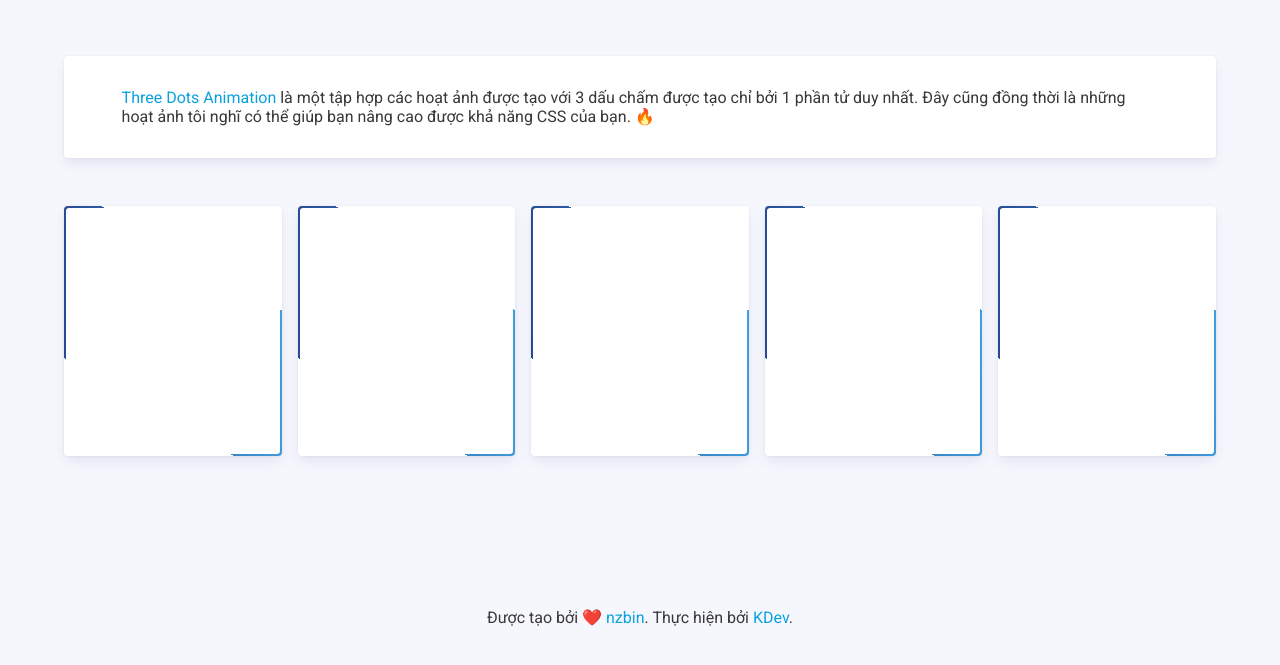
Repository: haokiet2501/lazy-loader-animation
Page: index.html
These files come from the project's save history. The page is drawn as it stood at one moment and after the next save; the edit follows.
The browser window is 1280 px wide. The pictures show the whole page.
The style sheet was rebuilt from its Sass, Less or Tailwind sources for each picture, by a compiler version that may differ from the author's.

Above is the page before, as saved 2022-05-06 20:50:41.

After the next save:
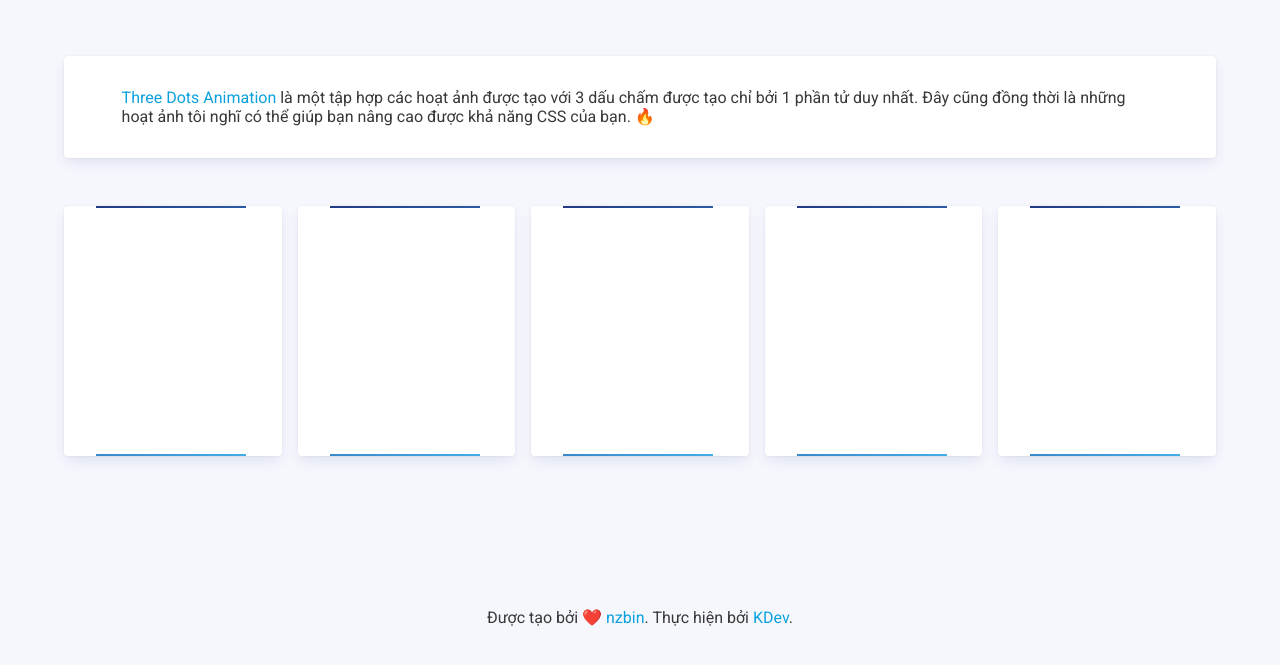
Saved 10 s later.
--- a/sass/styles.scss
+++ b/sass/styles.scss
@@ -35,7 +35,7 @@ $color-line: #50dfdb;
     width: 150px;
     height: 140%;
     background: linear-gradient(145deg, #1E2A78 , #49BCF6);
-    animation: animate 6s linear infinite;
+    animation: animate 1s linear infinite;
 }
 
 .box::after {
